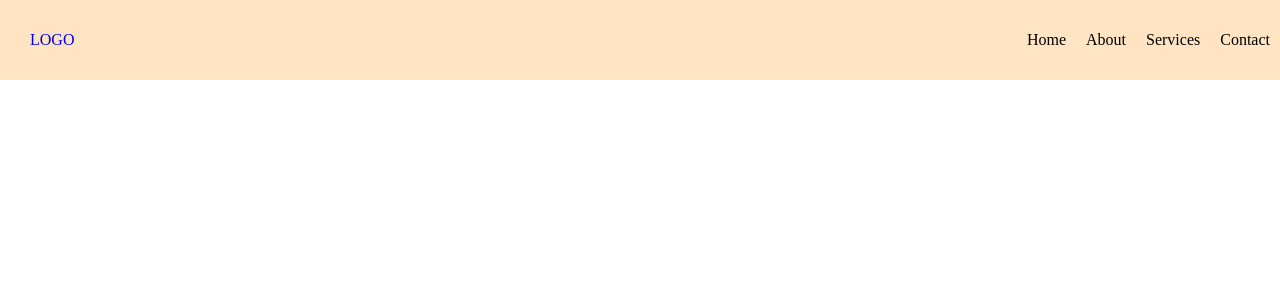
Repository: chanchalsaini/React-WUI
Page: /
The author's editor kept a copy of each file at every save. The page is drawn from the files as they stood at one save, then again after the next save.
The browser window is 1280 px wide. The pictures show the whole page.
The project was rebuilt for these pictures with package versions that can differ from the ones it lists, and the page was loaded fresh each time.

Above is the page before, as saved 2020-09-21 21:56:33.

After the next save:
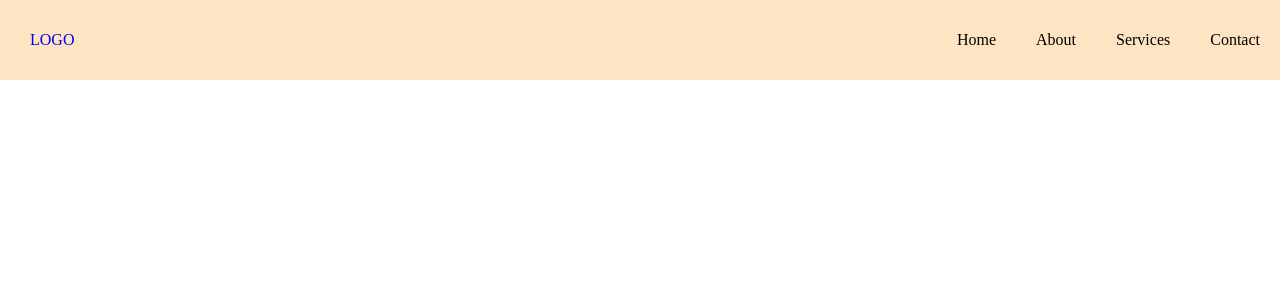
Saved 7 s later.
--- a/src/App.css
+++ b/src/App.css
@@ -22,5 +22,5 @@ header {
 .link {
   text-decoration: none;
   color: black;
-  margin: 0px 10px;
+  margin: 0px 20px;
 }
